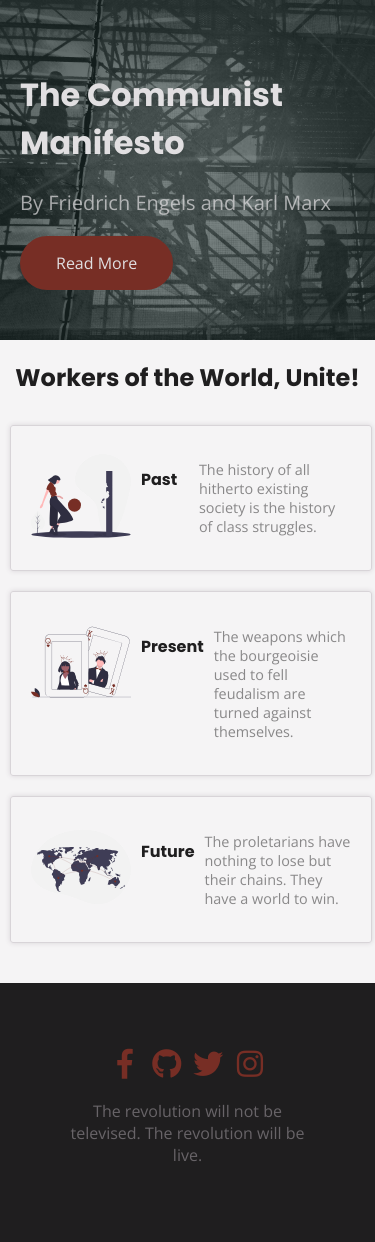
Repository: eaang/landing
Page: index.html
An editor plug-in stored every save of this project. The page is shown before and after the next save, followed by the edit.
The browser window is 375 px wide. The pictures show the whole page.
Some web libraries are served in a nearby version.

Above is the page before, as saved 2020-06-10 17:17:22.

After the next save:
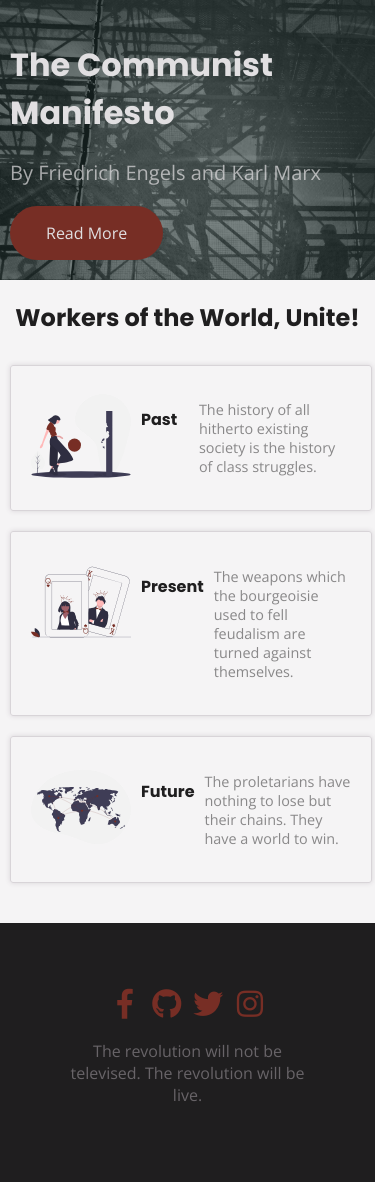
Saved 29 s later.
--- a/css/style.css
+++ b/css/style.css
@@ -121,7 +121,7 @@ a {
 
 @media only screen and (max-width: 1000px) {
   .banner {
-    padding: 50px 20px 50px 20px;
+    padding: 50px 20px;
   }
   .cards {
     padding: 0px 10px 0px 10px;
@@ -156,4 +156,7 @@ a {
   }
 }
 @media only screen and (max-width: 600px) {
+  .banner {
+    padding: 20px 10px;
+  }
 }
